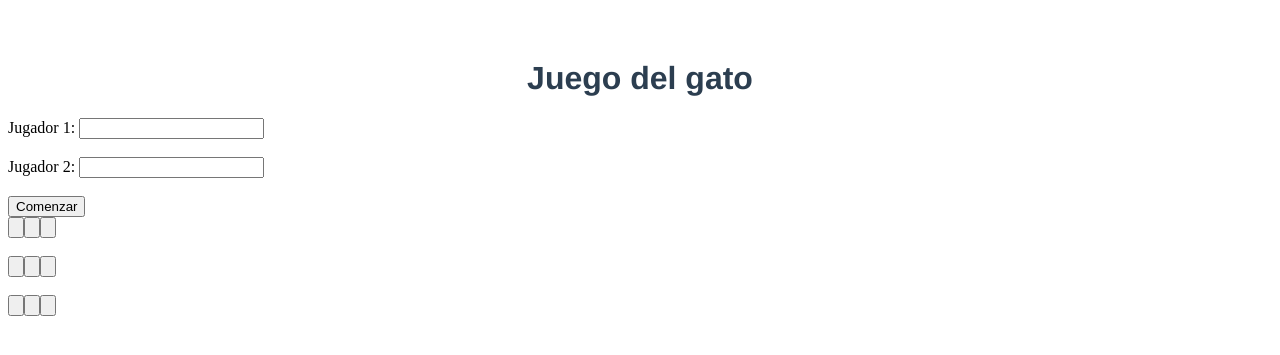
Repository: franciscamanquecheo/Taller-2
Page: / (app in vite-project/)
The author's editor kept a copy of each file at every save. The page is drawn from the files as they stood at one save, then again after the next save.
The browser window is 1280 px wide. The pictures show the whole page.
The project was rebuilt for these pictures with package versions that can differ from the ones it lists, and the page was loaded fresh each time. Also part of the build but not shown: vite-project/vite.config.ts.

Above is the page before, as saved 2022-06-17 17:16:26.

### vite-project/src/App.vue
<script setup lang="ts">
// This starter template is using Vue 3 <script setup> SFCs
// Check out https://vuejs.org/api/sfc-script-setup.html#script-setup
import HelloWorld from './components/HelloWorld.vue'
</script>

<template>
 <h1>Juego del gato</h1>

 <article id="comandos">
  Jugador 1:
  <input type="text" id="jugador1"><br><br>
  Jugador 2:
  <input type="text" id="jugador 2"><br><br>
  <input type="button" id="comenzar" value="Comenzar">
  <label id="TurnoJugador"></label>
 </article>
  <article id="Tablero">
    <input type="button" id="casilla1">
    <input type="button" id="casilla2">
    <input type="button" id="casilla3"><br><br>

    <input type="button" id="casilla4">
    <input type="button" id="casilla5">
    <input type="button" id="casilla6"><br><br>

    <input type="button" id="casilla7">
    <input type="button" id="casilla8">
    <input type="button" id="casilla9">



  </article>












</template>

<style>
h1 {
  font-family: Avenir, Helvetica, Arial, sans-serif;
  -webkit-font-smoothing: antialiased;
  -moz-osx-font-smoothing: grayscale;
  text-align: center;
  color: #2c3e50;
  margin-top: 60px;
}
</style>

Loaded but not shown: vite-project/index.html (common file); vite-project/src/main.ts (common file)

After the next save:
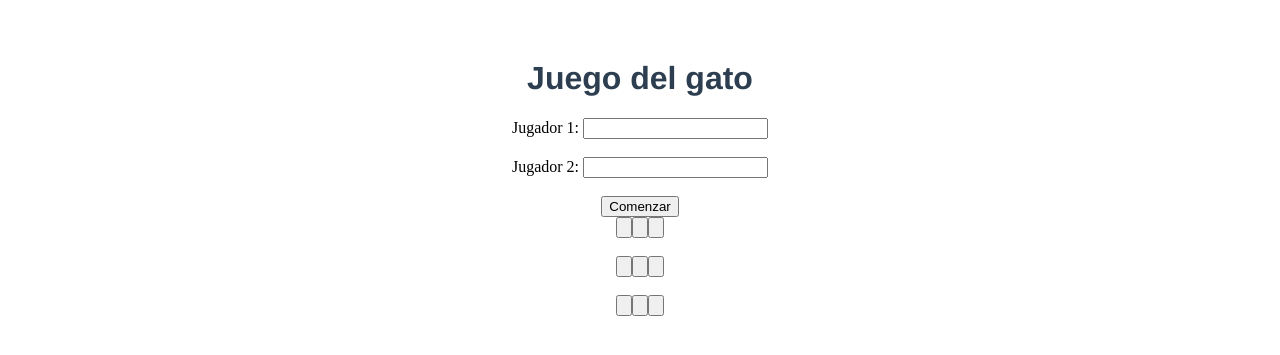
Saved 5 min 2 s later.
--- a/vite-project/src/App.vue
+++ b/vite-project/src/App.vue
@@ -6,7 +6,7 @@ import HelloWorld from './components/HelloWorld.vue'
 
 <template>
  <h1>Juego del gato</h1>
-
+<section>
  <article id="comandos">
   Jugador 1:
   <input type="text" id="jugador1"><br><br>
@@ -42,7 +42,7 @@ import HelloWorld from './components/HelloWorld.vue'
 
 
 
-
+</section>
 </template>
 
 <style>
@@ -54,4 +54,13 @@ h1 {
   color: #2c3e50;
   margin-top: 60px;
 }
+article#comandos{
+
+}
+section{
+  display: inline-block;
+  margin: 0 auto;
+  text-align: center;
+  width: 100%;
+}
 </style>
